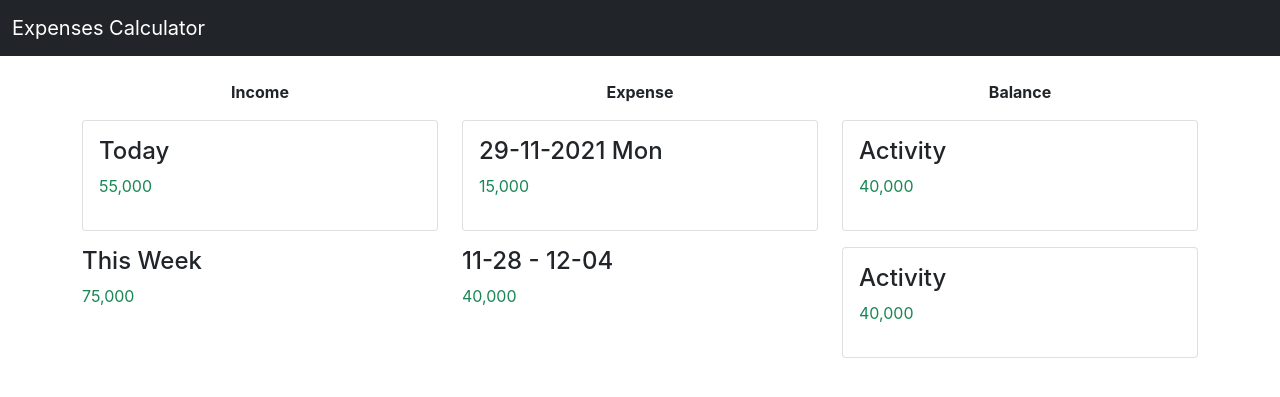
Repository: eidankhan/expenses-calculator
Page: /
These files come from the project's save history. The page is drawn as it stood at one moment and after the next save; the edit follows.
The browser window is 1280 px wide. The pictures show the whole page.
The project was rebuilt for these pictures with package versions that can differ from the ones it lists, and the page was loaded fresh each time. Also part of the build but not shown: src/components/SaveIncome.js.

Above is the page before, as saved 2021-11-29 17:10:24.

### public/index.html
<!DOCTYPE html>
<html lang="en">
  <head>
    <meta charset="utf-8" />
    <link rel="icon" href="%PUBLIC_URL%/favicon.ico" />
    <meta name="viewport" content="width=device-width, initial-scale=1" />
    <meta name="theme-color" content="#000000" />
    <meta
      name="description"
      content="Web site created using create-react-app"
    />
    <link rel="apple-touch-icon" href="%PUBLIC_URL%/logo192.png" />
    <link rel="manifest" href="%PUBLIC_URL%/manifest.json" />
    <!-- CSS only -->
    <link
      href="https://cdn.jsdelivr.net/npm/bootstrap@5.1.3/dist/css/bootstrap.min.css"
      rel="stylesheet"
      integrity="sha384-1BmE4kWBq78iYhFldvKuhfTAU6auU8tT94WrHftjDbrCEXSU1oBoqyl2QvZ6jIW3"
      crossorigin="anonymous"
    />
    <title>Shopping Cart App</title>
  </head>
  <body>
    <noscript>You need to enable JavaScript to run this app.</noscript>
    <div id="root"></div>
    <!-- JavaScript Bundle with Popper -->
    <script
      src="https://cdn.jsdelivr.net/npm/bootstrap@5.1.3/dist/js/bootstrap.bundle.min.js"
      integrity="sha384-ka7Sk0Gln4gmtz2MlQnikT1wXgYsOg+OMhuP+IlRH9sENBO0LRn5q+8nbTov4+1p"
      crossorigin="anonymous"
    ></script>
  </body>
</html>

### src/App.js
// import {
//   BrowserRouter as Router,
//   Routes,
//   Route,
// } from "react-router-dom";

import { IncomeSummary } from "./components/IncomeSummary";
import { Navbar } from "./components/Navbar";
import { SaveIncome } from "./components/SaveIncome";

function App() {
  return (
    <>
      <Navbar />
      <div className="container my-3">
        {/* <SaveIncome/> */}
        <IncomeSummary/>
      </div>
    </>
  );
}

export default App;

### src/components/IncomeSummary.js
import React from "react";

export const IncomeSummary = () => {


  return (
    <div className="my-3">
      <div className="row">
        <div className="col-md-4 my-2 text-center"> <strong>Income</strong> </div>
        <div className="col-md-4 my-2 text-center"> <strong>Expense</strong> </div>
        <div className="col-md-4 my-2 text-center"> <strong>Balance</strong> </div>
      </div>
      <div className="row">
        <div className="col-md-4 my-2">
          <div className="card">
            <div className="card-body">
              <h4 className="card-title"> Today </h4>
              <p className="text-success"> 55,000</p>
            </div>
          </div>
        </div>
        <div className="col-md-4 my-2">
          <div className="card">
            <div className="card-body">
            <h4 className="card-title"> 29-11-2021 Mon </h4>
            <p className="text-success"> 15,000</p>
            </div>
          </div>
        </div>
        <div className="col-md-4 my-2">
          <div className="card">
            <div className="card-body">
            <h4 className="card-title"> Activity </h4>
            <p className="text-success"> 40,000</p>
            </div>
          </div>
        </div>
      </div>
      <div className="row">
        <div className="col-md-4 my-2">
          <div className="cards">

              <h4 className="card-titles"> This Week </h4>
              <p className="text-success"> 75,000</p>

          </div>
        </div>
        <div className="col-md-4 my-2">

            <h4 className="card-title"> 11-28 - 12-04 </h4>
            <p className="text-success"> 40,000</p>

        </div>
        <div className="col-md-4 my-2">
          <div className="card">
            <div className="card-body">
            <h4 className="card-title"> Activity </h4>
            <p className="text-success"> 40,000</p>
            </div>
          </div>
        </div>
      </div>

    </div>
  );
};

### src/components/Navbar.js
import React from "react";

export const Navbar = () => {
  return (
    <nav className="navbar navbar-dark bg-dark">
      <div className="container-fluid">
        <a className="navbar-brand" href="/" > Expenses Calculator</a>

        {/* <form className="d-flex">
          <input
            className="form-control me-2"
            type="search"
            placeholder="Search"
            aria-label="Search"
          />
          <button className="btn btn-outline-success" type="submit">
            Search
          </button>
        </form> */}

      </div>
    </nav>
  );
};

Loaded but not shown: src/index.js (common file); src/index.css (common file)

After the next save:
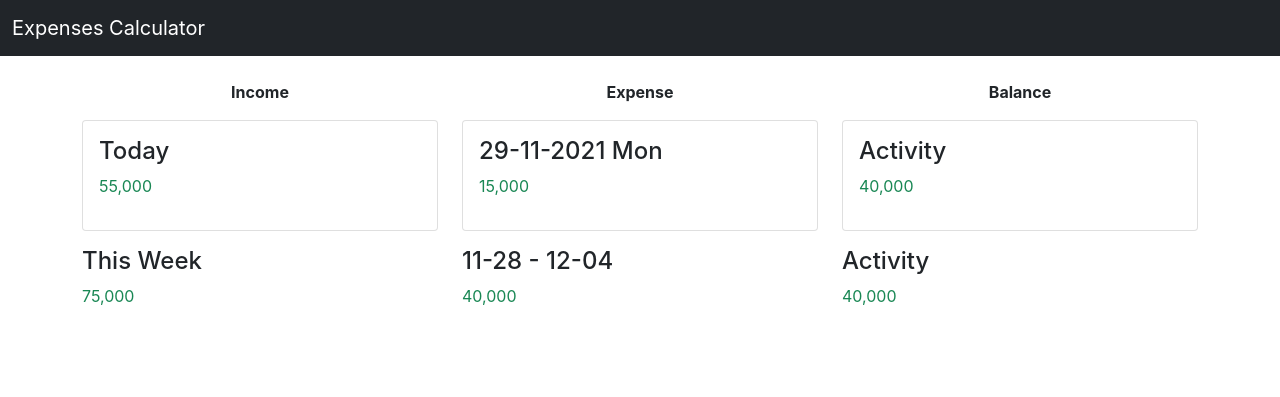
Saved 26 s later.
--- a/src/components/IncomeSummary.js
+++ b/src/components/IncomeSummary.js
@@ -40,24 +40,22 @@ export const IncomeSummary = () => {
         <div className="col-md-4 my-2">
           <div className="cards">
 
-              <h4 className="card-titles"> This Week </h4>
+              <h4> This Week </h4>
               <p className="text-success"> 75,000</p>
 
           </div>
         </div>
         <div className="col-md-4 my-2">
 
-            <h4 className="card-title"> 11-28 - 12-04 </h4>
+            <h4> 11-28 - 12-04 </h4>
             <p className="text-success"> 40,000</p>
 
         </div>
         <div className="col-md-4 my-2">
-          <div className="card">
-            <div className="card-body">
-            <h4 className="card-title"> Activity </h4>
+
+            <h4> Activity </h4>
             <p className="text-success"> 40,000</p>
-            </div>
-          </div>
+
         </div>
       </div>
 
